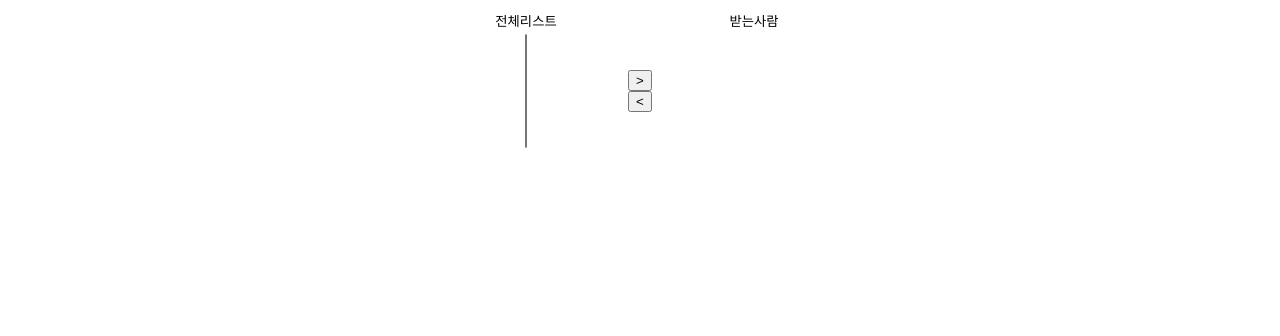
Repository: o3orr/jsp_study
Page: http://localhost/web-study-02/listTest.jsp
These files come from the project's save history. The page is drawn as it stood at one moment and after the next save; the edit follows.
The browser window is 1280 px wide. The pictures show the whole page.
The page is served by Tomcat 9. Other server files are loaded and not shown.

Above is the page before, as saved 2024-02-28 05:07:06.
Console error: ReferenceError: itemAdd is not defined

### web-study-02/src/main/webapp/listTest.jsp
<%@ page language="java" contentType="text/html; charset=UTF-8"
    pageEncoding="UTF-8"%>
<!DOCTYPE html PUBLIC "-//W3C//DTD HTML 4.01 Transitional//EN" "http://www.w3.org/TR/html4/loose.dtd">
<html>
<head>
<meta http-equiv="Content-Type" content="text/html; charset=UTF-8">

<title>Insert title here</title>
</head>
<!-- <body>가 뜰 때 itemAdd()함수를 호출해준다 -->
<body onload="itemAdd();">

<form action="listTest" method="post" name="myForm">

<table border="0" style="font-size: 10pt;" align="center">

<tr align="center"> <!-- 표 내부의 행 -->
	<td width="150">전체리스트</td>	 <!-- 행 내부에 일반셀 -->
	<td width="70">&nbsp;</td>
	<td width="150">받는사람</td>
</tr>

<tr align="center">
	<td width="150">
	<select name="leftItem" multiple="multiple" size="7" class="itemList">
		<!-- <option value="배수지">배수지</option> -->
	</select>
	</td>
	<td width="70">
		<input type="button" class="itemBtn" value="&gt;" onclick="itemMove('right');"/><br>
		<input type="button" class="itemBtn" value="&lt;" onclick="itemMove('left');"/><br>

</table>

</form>

</body>
</html>

After the next save:
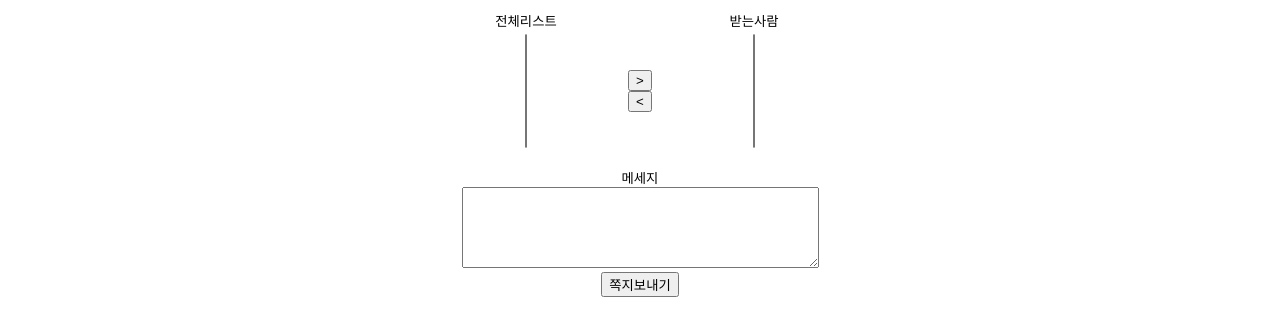
Saved 5 min 19 s later.
--- a/web-study-02/src/main/webapp/listTest.jsp
+++ b/web-study-02/src/main/webapp/listTest.jsp
@@ -21,14 +21,41 @@
 </tr>
 
 <tr align="center">
+
+	<!-- 전체리스트 박스 -->
 	<td width="150">
 	<select name="leftItem" multiple="multiple" size="7" class="itemList">
 		<!-- <option value="배수지">배수지</option> -->
 	</select>
 	</td>
+
+	<!-- 왼쪽 오른쪽 버튼 -->
 	<td width="70">
 		<input type="button" class="itemBtn" value="&gt;" onclick="itemMove('right');"/><br>
 		<input type="button" class="itemBtn" value="&lt;" onclick="itemMove('left');"/><br>
+	</td>
+
+	<!-- 받는 사람 박스 -->
+	<td width="150">
+	<select name="rightItem" multiple="multiple" size="7" class="itemList">
+
+	</select>
+	</td>
+</tr>
+<tr>
+	<td colspan="3" align="center">
+	<br>메세지<br>
+	<textarea rows="5" cols="42" name="msg"></textarea>
+	</td>
+</tr>
+
+<tr>
+	<td colspan="3" align="center">
+		<input type="button" class="btn" value="쪽지보내기"/><br>
+	</td>
+</tr>
+
+<tr>
 
 </table>
 
